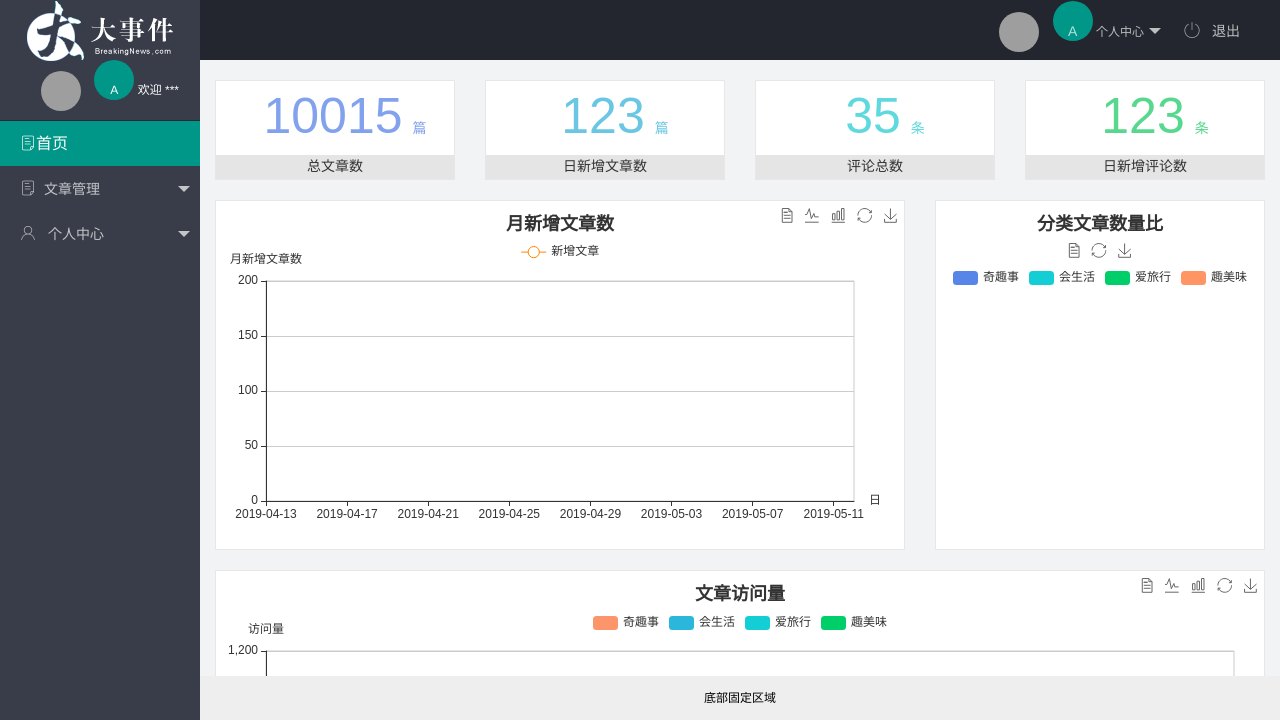
Repository: hjg520/web_bigevent
Page: index.html
These files come from the project's save history. The page is drawn as it stood at one moment and after a run of saves; the edit follows.
The browser window is 1280 px wide. The pictures show the whole page.
Pictures or frames that could not be fetched are drawn as grey boxes.

Above is the page before, as saved 2022-05-09 19:54:16.

### index.html
<!DOCTYPE html>
<html lang="en">
<head>
    <meta charset="UTF-8">
    <meta http-equiv="X-UA-Compatible" content="IE=edge">
    <meta name="viewport" content="width=device-width, initial-scale=1.0">
    <title>后台主页</title>
    <!-- 导入 layui的样式表 -->
    <link rel="stylesheet" href="/assets/lib/layui/css/layui.css">
    <!-- 导入自己的样式表 -->
    <link rel="stylesheet" href="/assets/css/index.css" />
    <!-- 导入第三方图标库 -->
    <link rel="stylesheet" href="/assets/fonts/iconfont.css">
  </head>
<body>
    <div class="layui-layout layui-layout-admin">
      <div class="layui-header">
        <div class="layui-logo layui-hide-xs layui-bg-black">
          <img src="/assets/images/logo.png" alt=" /">
        </div>
        <!-- 头部区域（可配合layui 已有的水平导航） -->
        <ul class="layui-nav layui-layout-left">
          <!-- 移动端显示 -->
          <li class="layui-nav-item layui-show-xs-inline-block layui-hide-sm" lay-header-event="menuLeft">
            <i class="layui-icon layui-icon-spread-left"></i>
          </li>

            <dl class="layui-nav-child">
              <dd><a href="">menu 11</a></dd>
              <dd><a href="">menu 22</a></dd>
              <dd><a href="">menu 33</a></dd>
            </dl>
          </li>
        </ul>
        <ul class="layui-nav layui-layout-right">
          <li class="layui-nav-item layui-hide layui-show-md-inline-block">
            <a href="javascript:;" class="userinfo">
              <img src="//tva1.sinaimg.cn/crop.0.0.118.118.180/5db11ff4gw1e77d3nqrv8j203b03cweg.jpg" class="layui-nav-img">
              <span class="text-avatar">A</span>
              个人中心
            </a>
            <dl class="layui-nav-child">
              <dd><a href="">基本资料</a></dd>
              <dd><a href="">更换头像</a></dd>
              <dd><a href="">重置密码</a></dd>
            </dl>
          </li>
          <li class="layui-nav-item" lay-header-event="menuRight" lay-unselect>
            <a href="javascript:;">
              <span class="iconfont icon-tuichu"></span>
              退出
            </a>
          </li>
        </ul>
      </div>

      <div class="layui-side layui-bg-black">
        <div class="layui-side-scroll">
          <div class="userinfo">
            <img src="//tva1.sinaimg.cn/crop.0.0.118.118.180/5db11ff4gw1e77d3nqrv8j203b03cweg.jpg" class="layui-nav-img">
            <span class="text-avatar">A</span>
            <span id="welcome">欢迎 ***</span>
          </div>
          <!-- 左侧导航区域（可配合layui已有的垂直导航） -->
          <ul class="layui-nav layui-nav-tree" lay-shrink="all">
            <li class="layui-nav-item layui-this"><a href="/home/dashboard.html"  target="fm"><span class="iconfont icon-16">首页</span></a></li>
            <li class="layui-nav-item">
              <a class="" href="javascript:;"><span class="iconfont icon-16"></span>文章管理</a>
              <dl class="layui-nav-child">
                <dd><a href="javascript:;"><i class="layui-icon layui-icon-app"></i> 文章类别</a></dd>
                <dd><a href="javascript:;"><i class="layui-icon layui-icon-app"></i> 文章列表</a></dd>
                <dd><a href="javascript:;"><i class="layui-icon layui-icon-app"></i> 发表文章</a></dd>
              </dl>
            </li>
            <li class="layui-nav-item">
              <a href="javascript:;">
                <span class="iconfont icon-user"></span>
                个人中心
              </a>
              <dl class="layui-nav-child">
                <dd><a href="javascript:;"><i class="layui-icon layui-icon-app"></i>基本资料</a></dd>
                <dd><a href="javascript:;"><i class="layui-icon layui-icon-app"></i>更换头像</a></dd>
                <dd><a href="javascript:;"><i class="layui-icon layui-icon-app"></i>重置密码</a></dd>
              </dl>
            </li>
        </div>
      </div>

      <div class="layui-body">
        <!-- 内容主体区域 -->
        <iframe src="/home/dashboard.html" name="fm" frameborder="0"></iframe>
      </div>

      <div class="layui-footer">
        <!-- 底部固定区域 -->
        底部固定区域
      </div>
    </div>
    <!-- 导入Layui 的JS文件 -->
    <script src="/assets/lib/layui/layui.all.js"></script>
    </body>
</html>

### assets/css/index.css
.layui-footer {

    text-align: center;

    font-size: 12px;

}

.iconfont {

    margin-right: 8px;

}

.layui-icon {

    margin-right: 8px;

    margin-left: 20px;

}

iframe {

    width: 100%;

    height: 100%;

}

.layui-body {

    overflow: hidden;

}

a {

    transition: none !important;

}

.userinfo {

    height: 60px;

    line-height: 60px;

    text-align: center;

    font-size: 12px;

    user-select: none;

}

.layui-side-scroll .userinfo {

    border-bottom: 1px solid #282b33;

}

.text-avatar {

    display: inline-block;

    width: 40px;

    height: 40px;

    background-color: #009688;

    border-radius: 50%;

    line

}

.layui-nav-img {

    width: 40px;

    height: 40px;

}

### home/dashboard.html
<!DOCTYPE html>
<html lang="en">

<head>
  <meta charset="UTF-8">
  <meta name="viewport" content="width=device-width, initial-scale=1.0">
  <meta http-equiv="X-UA-Compatible" content="ie=edge">
  <title>图表统计</title>
  <link rel="stylesheet" href="../../assets/lib/bootstrap.css" />
  <link rel="stylesheet" href="../../assets/lib/main.css" />
  <script src="../../assets/lib/jquery.js"></script>
  <script type="text/javascript" src="../../assets/lib/echarts.min.js"></script>
</head>

<body>
  <div class="container-fluid">
    <div class="row spannel_list">
      <div class="col-sm-3 col-xs-6">
        <div class="spannel">
          <em>10015</em><span>篇</span>
          <b>总文章数</b>
        </div>
      </div>
      <div class="col-sm-3 col-xs-6">
        <div class="spannel scolor01">
          <em>123</em><span>篇</span>
          <b>日新增文章数</b>
        </div>
      </div>
      <div class="col-sm-3 col-xs-6">
        <div class="spannel scolor02">
          <em>35</em><span>条</span>
          <b>评论总数</b>
        </div>
      </div>
      <div class="col-sm-3 col-xs-6">
        <div class="spannel scolor03">
          <em>123</em><span>条</span>
          <b>日新增评论数</b>
        </div>
      </div>
    </div>
  </div>

  <div class="container-fluid">
    <div class="row curve-pie">
      <div class="col-lg-8 col-md-8">
        <div class="gragh_pannel" id="curve_show"></div>
      </div>
      <div class="col-lg-4 col-md-4">
        <div class="gragh_pannel" id="pie_show"></div>
      </div>
    </div>
  </div>

  <div class="container-fluid">
    <div class="column_pannel" id="column_show"></div>
  </div>

  <script>
    var oChart = echarts.init(document.getElementById('curve_show'));
    var aList_all = [
      { 'count': 36, 'date': '2019-04-13' },
      { 'count': 52, 'date': '2019-04-14' },
      { 'count': 78, 'date': '2019-04-15' },
      { 'count': 85, 'date': '2019-04-16' },
      { 'count': 65, 'date': '2019-04-17' },
      { 'count': 72, 'date': '2019-04-18' },
      { 'count': 88, 'date': '2019-04-19' },
      { 'count': 64, 'date': '2019-04-20' },
      { 'count': 72, 'date': '2019-04-21' },
      { 'count': 90, 'date': '2019-04-22' },
      { 'count': 96, 'date': '2019-04-23' },
      { 'count': 100, 'date': '2019-04-24' },
      { 'count': 102, 'date': '2019-04-25' },
      { 'count': 110, 'date': '2019-04-26' },
      { 'count': 123, 'date': '2019-04-27' },
      { 'count': 100, 'date': '2019-04-28' },
      { 'count': 132, 'date': '2019-04-29' },
      { 'count': 146, 'date': '2019-04-30' },
      { 'count': 200, 'date': '2019-05-01' },
      { 'count': 180, 'date': '2019-05-02' },
      { 'count': 163, 'date': '2019-05-03' },
      { 'count': 110, 'date': '2019-05-04' },
      { 'count': 80, 'date': '2019-05-05' },
      { 'count': 82, 'date': '2019-05-06' },
      { 'count': 70, 'date': '2019-05-07' },
      { 'count': 65, 'date': '2019-05-08' },
      { 'count': 54, 'date': '2019-05-09' },
      { 'count': 40, 'date': '2019-05-10' },
      { 'count': 45, 'date': '2019-05-11' },
      { 'count': 38, 'date': '2019-05-12' },
    ];

    let aCount = [];
    let aDate = [];

    for (var i = 0; i < aList_all.length; i++) {
      aCount.push(aList_all[i].count);
      aDate.push(aList_all[i].date);
    }

    var chartopt = {
      title: {
        text: '月新增文章数',
        left: 'center',
        top: '10'
      },
      tooltip: {
        trigger: 'axis'
      },
      legend: {
        data: ['新增文章'],
        top: '40'
      },
      toolbox: {
        show: true,
        feature: {
          mark: { show: true },
          dataView: { show: true, readOnly: false },
          magicType: { show: true, type: ['line', 'bar'] },
          restore: { show: true },
          saveAsImage: { show: true }
        }
      },
      calculable: true,
      xAxis: [
        {
          name: '日',
          type: 'category',
          boundaryGap: false,
          data: aDate
        }
      ],
      yAxis: [
        {
          name: '月新增文章数',
          type: 'value'
        }
      ],
      series: [
        {
          name: '新增文章',
          type: 'line',
          smooth: true,
          itemStyle: { normal: { areaStyle: { type: 'default' }, color: '#f80' }, lineStyle: { color: '#f80' } },
          data: aCount
        }],
      areaStyle: {
        normal: {
          color: new echarts.graphic.LinearGradient(0, 0, 0, 1, [{
            offset: 0,
            color: 'rgba(255,136,0,0.39)'
          }, {
            offset: .34,
            color: 'rgba(255,180,0,0.25)'
          }, {
            offset: 1,
            color: 'rgba(255,222,0,0.00)'
          }])

        }
      },
      grid: {
        show: true,
        x: 50,
        x2: 50,
        y: 80,
        height: 220
      }
    };

    oChart.setOption(chartopt);


    var oPie = echarts.init(document.getElementById('pie_show'));
    var oPieopt =
    {
      title: {
        top: 10,
        text: '分类文章数量比',
        x: 'center'
      },
      tooltip: {
        trigger: 'item',
        formatter: "{a} <br/>{b} : {c} ({d}%)"
      },
      color: ['#5885e8', '#13cfd5', '#00ce68', '#ff9565'],
      legend: {
        x: 'center',
        top: 65,
        data: ['奇趣事', '会生活', '爱旅行', '趣美味']
      },
      toolbox: {
        show: true,
        x: 'center',
        top: 35,
        feature: {
          mark: { show: true },
          dataView: { show: true, readOnly: false },
          magicType: {
            show: true,
            type: ['pie', 'funnel'],
            option: {
              funnel: {
                x: '25%',
                width: '50%',
                funnelAlign: 'left',
                max: 1548
              }
            }
          },
          restore: { show: true },
          saveAsImage: { show: true }
        }
      },
      calculable: true,
      series: [
        {
          name: '访问来源',
          type: 'pie',
          radius: ['45%', '60%'],
          center: ['50%', '65%'],
          data: [
            { value: 300, name: '奇趣事' },
            { value: 100, name: '会生活' },
            { value: 260, name: '爱旅行' },
            { value: 180, name: '趣美味' }
          ]
        }
      ]
    };
    oPie.setOption(oPieopt);



    var oColumn = this.echarts.init(document.getElementById('column_show'));
    var oColumnopt =
    {
      title: {
        text: '文章访问量',
        left: 'center',
        top: '10'
      },
      tooltip: {
        trigger: 'axis'
      },
      legend: {
        data: ['奇趣事', '会生活', '爱旅行', '趣美味'],
        top: '40'
      },
      toolbox: {
        show: true,
        feature: {
          mark: { show: true },
          dataView: { show: true, readOnly: false },
          magicType: { show: true, type: ['line', 'bar'] },
          restore: { show: true },
          saveAsImage: { show: true }
        }
      },
      calculable: true,
      xAxis: [
        {
          type: 'category',
          data: ['1月', '2月', '3月', '4月', '5月']
        }
      ],
      yAxis: [
        {
          name: '访问量',
          type: 'value'
        }
      ],
      series: [
        {
          name: '奇趣事',
          type: 'bar',
          barWidth: 20,
          itemStyle: {
            normal: { areaStyle: { type: 'default' }, color: '#fd956a' }
          },
          data: [800, 708, 920, 1090, 1200]
        },
        {
          name: '会生活',
          type: 'bar',
          barWidth: 20,
          itemStyle: {
            normal: { areaStyle: { type: 'default' }, color: '#2bb6db' }
          },
          data: [400, 468, 520, 690, 800]
        },
        {
          name: '爱旅行',
          type: 'bar',
          barWidth: 20,
          itemStyle: {
            normal: { areaStyle: { type: 'default' }, color: '#13cfd5' }
          },
          data: [500, 668, 520, 790, 900]
        },
        {
          name: '趣美味',
          type: 'bar',
          barWidth: 20,
          itemStyle: {
            normal: { areaStyle: { type: 'default' }, color: '#00ce68' }
          },
          data: [600, 508, 720, 890, 1000]
        }
      ],
      grid: {
        show: true,
        x: 50,
        x2: 30,
        y: 80,
        height: 260
      },
      dataZoom: [//给x轴设置滚动条
        {
          start: 0,//默认为0
          end: 100 - 1000 / 31,//默认为100
          type: 'slider',
          show: true,
          xAxisIndex: [0],
          handleSize: 0,//滑动条的 左右2个滑动条的大小
          height: 8,//组件高度
          left: 45, //左边的距离
          right: 50,//右边的距离
          bottom: 26,//右边的距离
          handleColor: '#ddd',//h滑动图标的颜色
          handleStyle: {
            borderColor: "#cacaca",
            borderWidth: "1",
            shadowBlur: 2,
            background: "#ddd",
            shadowColor: "#ddd",
          }
        }]
    };
    oColumn.setOption(oColumnopt);
  </script>
</body>

</html>

Loaded but not shown: assets/lib/layui/css/layui.css (library); assets/fonts/iconfont.css (common file); assets/lib/layui/layui.all.js (library); assets/lib/bootstrap.css (library); assets/lib/main.css (library); assets/lib/jquery.js (library); assets/lib/echarts.min.js (library); assets/lib/layui/css/modules/laydate/default/laydate.css (library); assets/lib/layui/css/modules/layer/default/layer.css (library); assets/lib/layui/css/modules/code.css (common file)

After the next 2 saves:
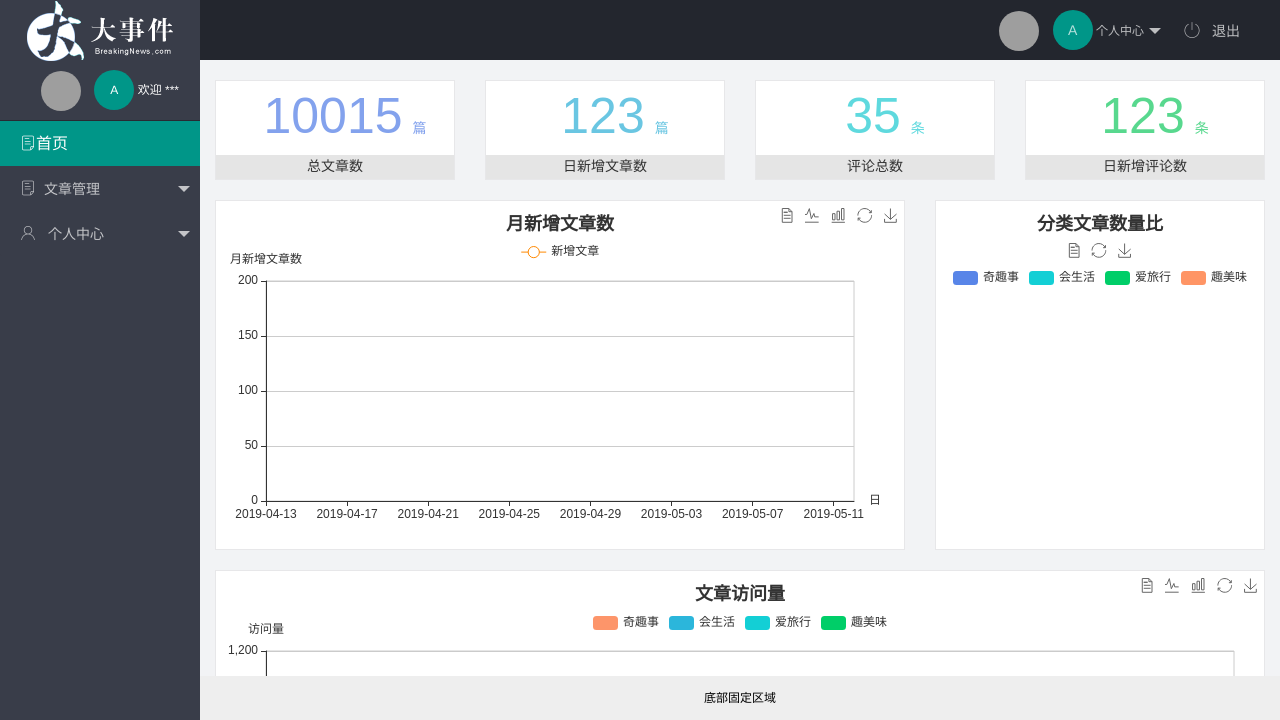
The 2 saves are shown as one change because they came seconds apart.
The last was saved 8 s later.
--- a/assets/css/index.css
+++ b/assets/css/index.css
@@ -72,7 +72,7 @@ a {
 
     border-radius: 50%;
 
-    line
+    line-height: 40px;
 
 }
 
